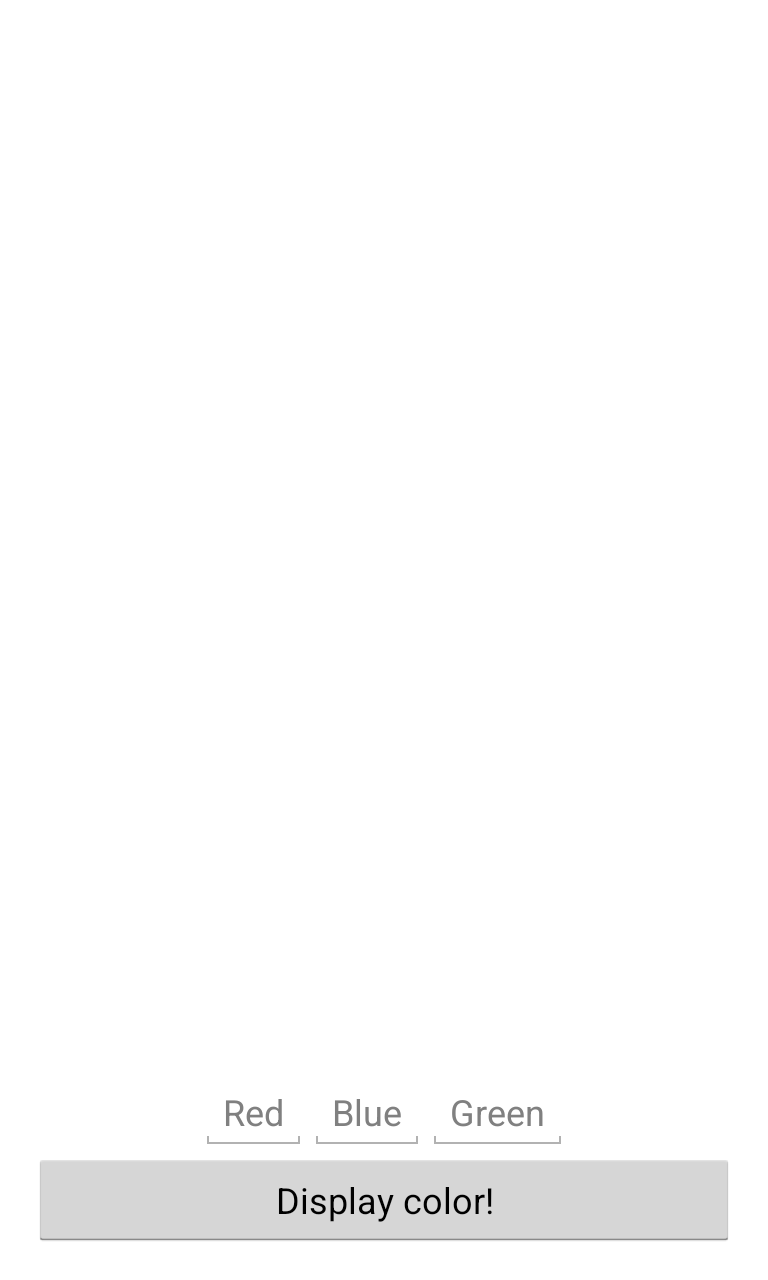
Repository: me222rs/AndroidLab1
Layout: ColorDisplay/res/layout/activity_color_display.xml
These files come from the project's save history. The layout is drawn as it stood at one moment and after the next save; the edit follows.
It is drawn on a 768 x 1280 px phone screen (xhdpi) without system bars, with theme AppTheme; the app's code is not run.

Above is the layout before, as saved 2014-11-18 12:12:29.

After the next save:
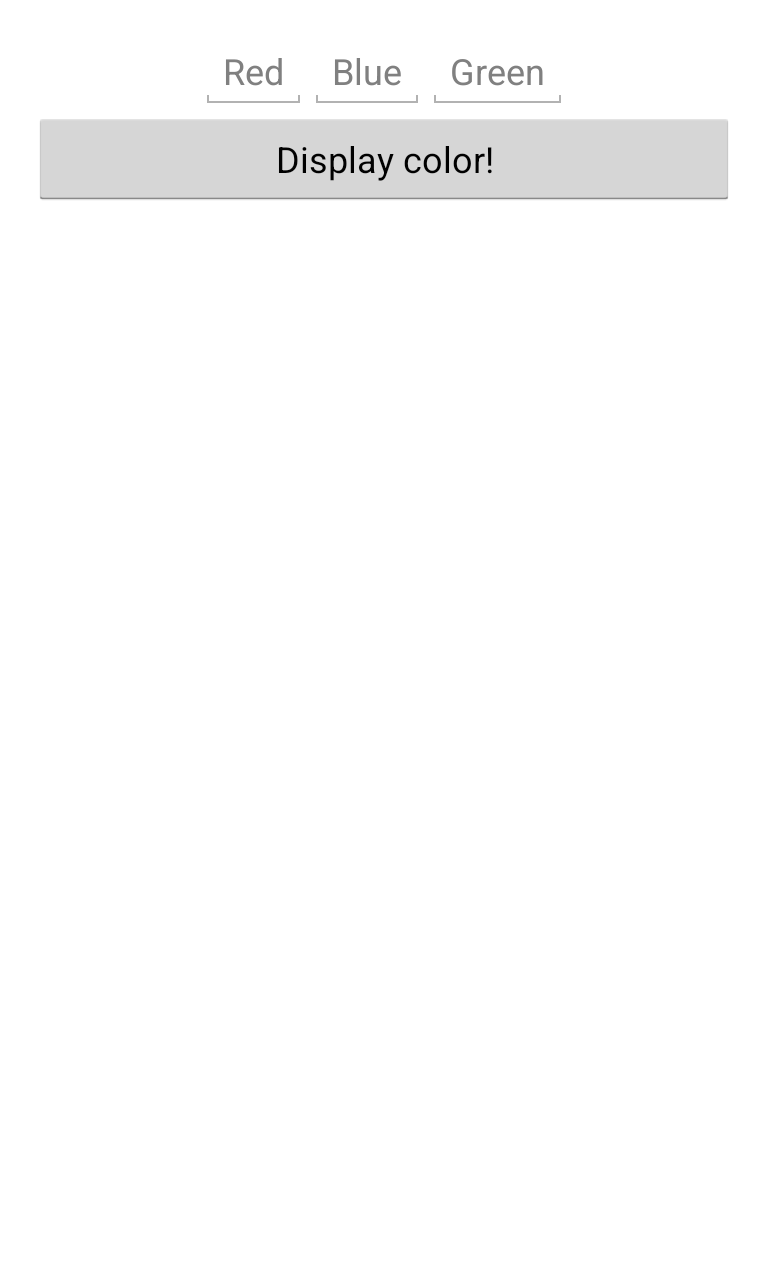
Saved 14 s later.
--- a/ColorDisplay/res/layout/activity_color_display.xml
+++ b/ColorDisplay/res/layout/activity_color_display.xml
@@ -12,12 +12,7 @@
 
 
 
-        <TextView
-        android:id="@+id/background"
-        android:layout_weight="1"
-        android:layout_width="match_parent"
-        android:layout_height="0dp"
-        android:gravity="center"/>
+
 
     	<LinearLayout
             android:gravity="center_horizontal"

After the save that followed:
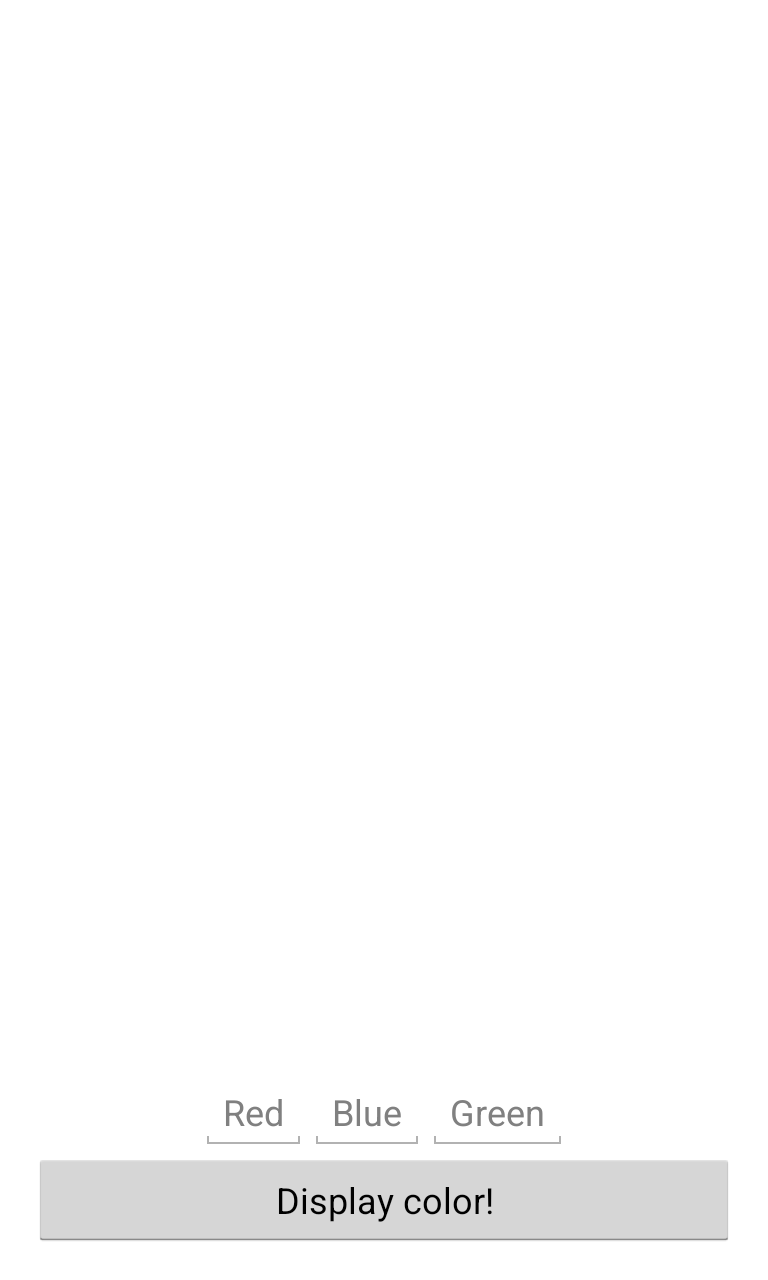
Saved 50 s later.
--- a/ColorDisplay/res/layout/activity_color_display.xml
+++ b/ColorDisplay/res/layout/activity_color_display.xml
@@ -1,5 +1,4 @@
 <LinearLayout xmlns:android="http://schemas.android.com/apk/res/android"
-    android:id="@+id/background"
     android:orientation="vertical"
     xmlns:tools="http://schemas.android.com/tools"
     android:layout_width="match_parent"
@@ -12,7 +11,12 @@
 
 
 
-
+        <TextView
+        android:id="@+id/background"
+        android:layout_weight="1"
+        android:layout_width="match_parent"
+        android:layout_height="0dp"
+        android:gravity="center"/>
 
     	<LinearLayout
             android:gravity="center_horizontal"
